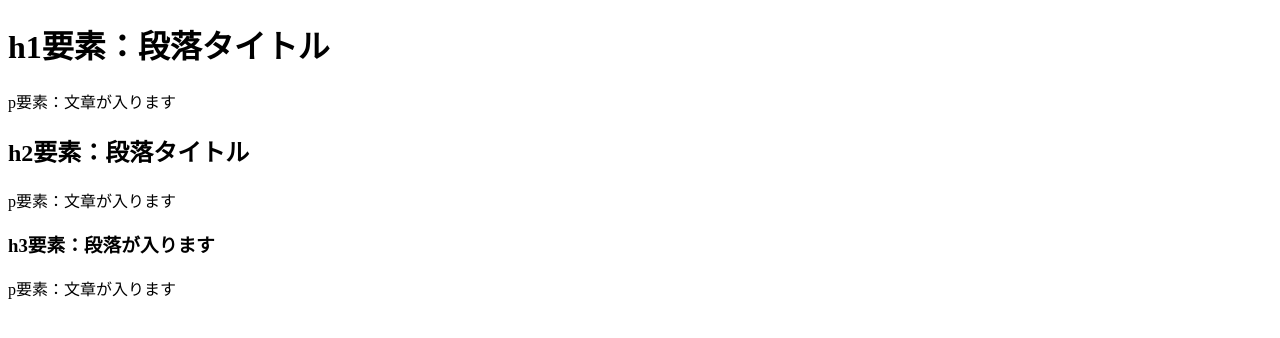
Repository: jittunYs/samurai_HTML-CSS
Page: index.html
The author's editor kept a record of every edit. The page is drawn from the files as they stood at one moment, then again after the next edit.
The browser window is 1280 px wide. The pictures show the whole page.

Above is the page before.

After the next edit:
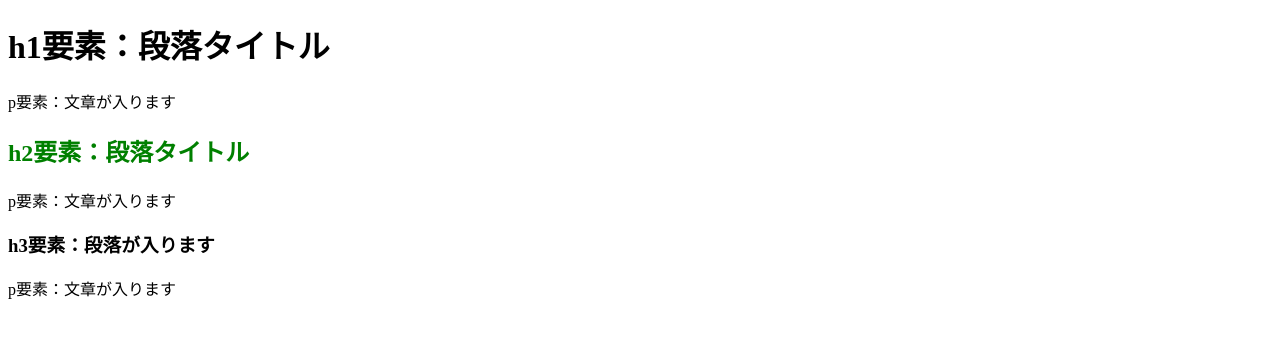
The edit:
--- a/index.html
+++ b/index.html
@@ -3,6 +3,9 @@
     <head>
         <meta charset="UTF-8">
         <title>HTML/CSSの学習</title>
+        <style>
+            h2{color:green};
+        </style>
     </head>
     <body>
         <h1>h1要素：段落タイトル</h1>
